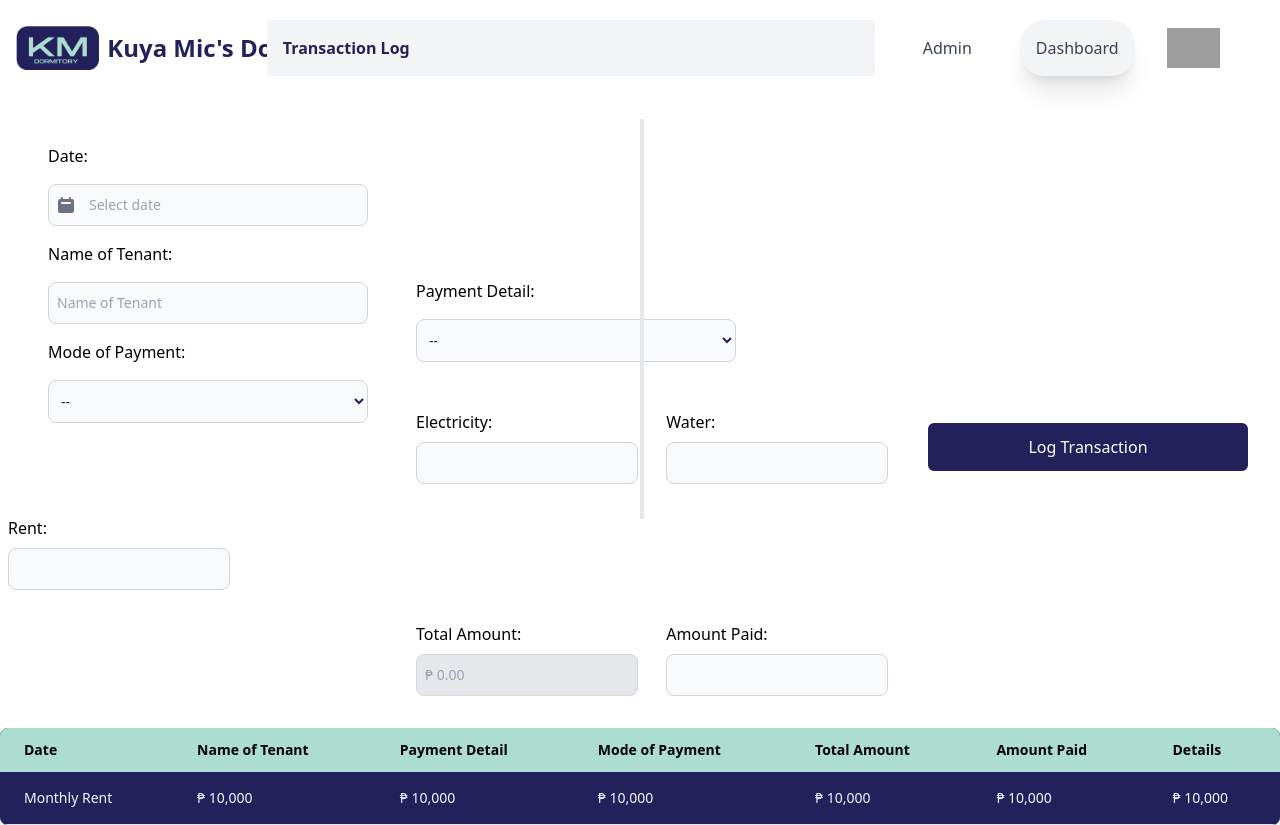
Repository: theamgri/Dormitory-Management-System
Page: paymentactivity.html
These files come from the project's save history. The page is drawn as it stood at one moment and after the next save; the edit follows.
The browser window is 1280 px wide. The pictures show the whole page.
Pictures or frames that could not be fetched are drawn as grey boxes. Some web libraries are served in a nearby version.

Above is the page before, as saved 2023-01-11 22:22:51.

After the next save:
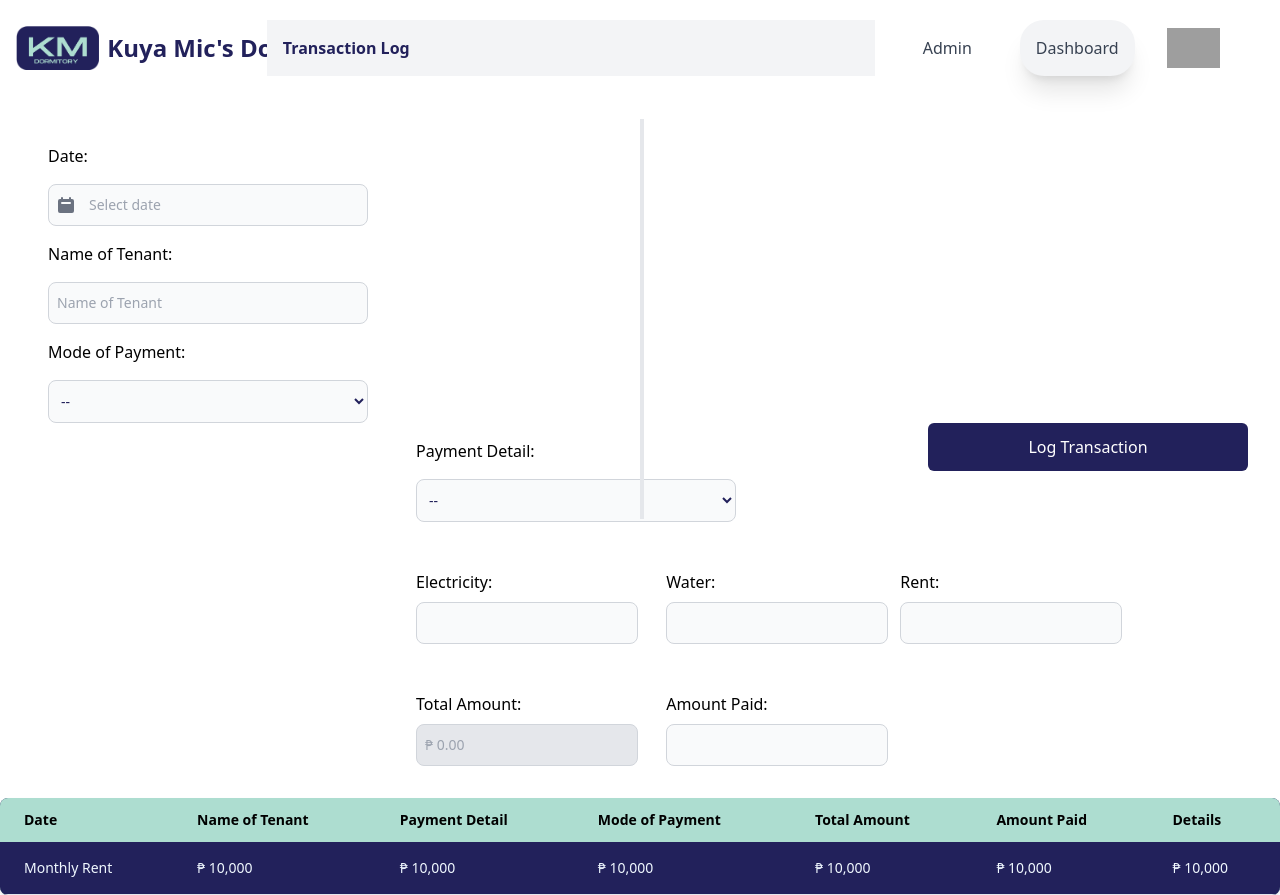
Saved 6 s later.
--- a/paymentactivity.html
+++ b/paymentactivity.html
@@ -82,7 +82,7 @@
           </div>
 
 
-    <div clas="text" style="margin-left:25rem; margin-top: -10rem; padding: 1rem;">
+    <div clas="text" style="margin-left:25rem; margin-top: 0rem; padding: 1rem;">
 
         <h3>Payment Detail:</h3>
         <select class="bg-gray-50 border border-gray-300 text-gray-900 text-sm rounded-lg focus:ring-blue-500 focus:border-blue-500 block w-80 pl-2 p-2.5 dark:border-gray-600 dark:placeholder-gray-400 dark:text-white dark:focus:ring-blue-500 dark:focus:border-blue-500" style="color: #22215B; margin-top: 1rem;" placeholder="Mode of Payment">
